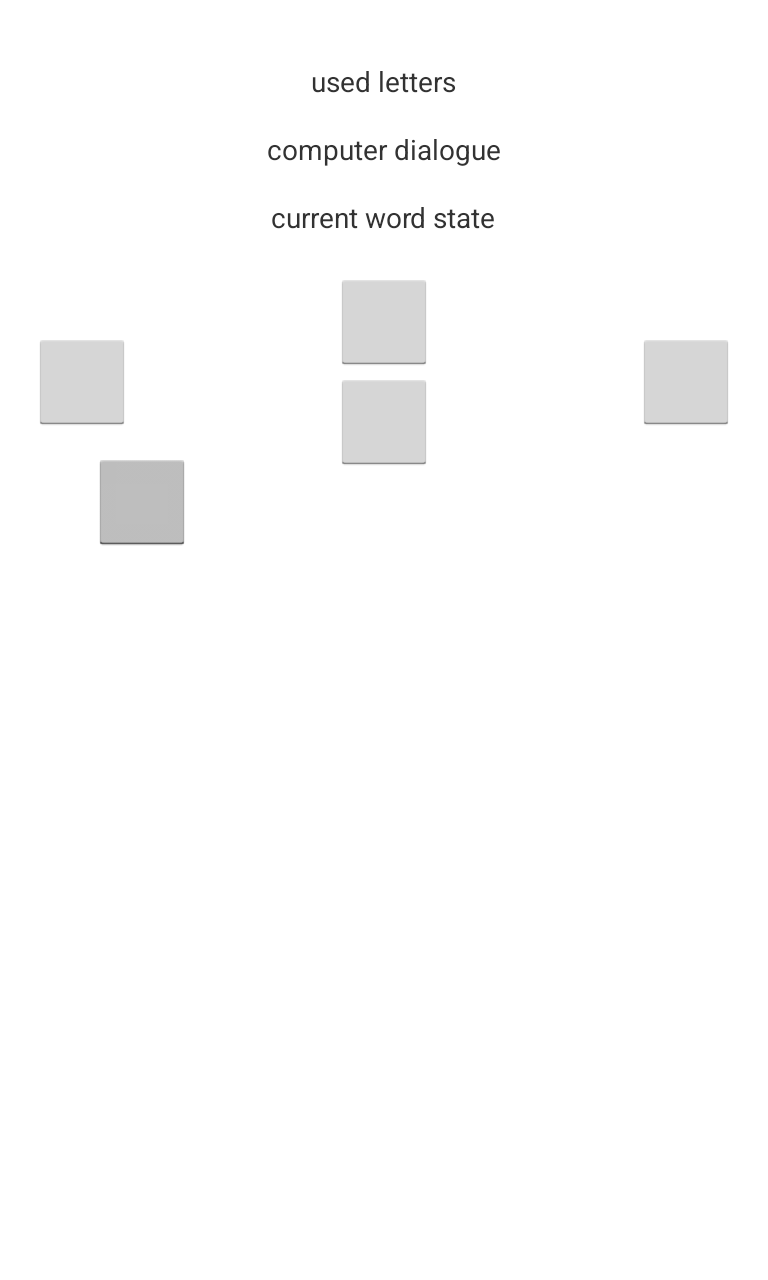
Repository: svandenhout/EvilSpaceMonsterHangman
Layout: evilSpaceMonsterHangman/res/layout/activity_main.xml
An editor plug-in stored every save of this project. The layout is shown before and after the next save, followed by the edit.
It is drawn on a 768 x 1280 px phone screen (xhdpi) without system bars, with theme AppTheme; the app's code is not run.

Above is the layout before, as saved 2013-12-16 13:27:05.

### evilSpaceMonsterHangman/res/layout/activity_main.xml
<RelativeLayout xmlns:android="http://schemas.android.com/apk/res/android"
              xmlns:tools="http://schemas.android.com/tools"
              android:layout_width="match_parent"
              android:layout_height="match_parent"
              android:paddingLeft="@dimen/activity_horizontal_margin"
              android:paddingRight="@dimen/activity_horizontal_margin"
              android:paddingTop="@dimen/activity_vertical_margin"
              android:paddingBottom="@dimen/activity_vertical_margin"
              tools:context=".MainActivity"
              android:orientation="vertical">

    <TextView
            android:id="@+id/usedLetters"
            android:layout_width="wrap_content"
            android:layout_height="wrap_content"
            android:text="@string/used_letters"
            android:layout_centerHorizontal="true"
            android:layout_marginTop="15dp"/>

    <TextView
            android:id="@+id/computerDialogue"
            android:layout_width="wrap_content"
            android:layout_height="wrap_content"
            android:layout_centerHorizontal="true"
            android:text="@string/computer_dialogue"
            android:layout_below="@+id/usedLetters"
            android:layout_marginTop="15dp"/>

    <TextView
            android:id="@+id/currentWordState"
            android:layout_width="wrap_content"
            android:layout_height="wrap_content"
            android:layout_below="@id/computerDialogue"
            android:text="@string/current_word_state"
            android:layout_centerHorizontal="true"
            android:layout_marginTop="15dp"/>

    <Button
        android:id="@+id/eye_6"
        android:layout_width="50dp"
        android:layout_height="50dp"
        android:layout_alignParentLeft="true"
        android:layout_marginTop="150dp"
        android:onClick="eyePress" />

    <Button
        android:id="@+id/eye_2"
        android:layout_width="50dp"
        android:layout_height="50dp"
        android:layout_marginTop="150dp"
        android:layout_alignParentRight="true"
        android:onClick="eyePress" />

    <Button
        android:id="@+id/eye_5"
        android:layout_width="50dp"
        android:layout_height="50dp"
        android:layout_alignLeft="@+id/eye_6"
        android:layout_below="@+id/eye_6"
        android:layout_marginLeft="30dp"
        android:layout_marginTop="10dp"
        android:onClick="eyePress" />

    <Button
        android:id="@+id/eye_3"
        android:layout_width="50dp"
        android:layout_height="50dp"
        android:layout_centerHorizontal="true"
        android:layout_marginTop="120dp"
        android:onClick="eyePress" />

    <Button
        android:id="@+id/eye_1"
        android:layout_width="50dp"
        android:layout_height="50dp"
        android:layout_alignLeft="@+id/eye_6"
        android:layout_below="@+id/eye_6"
        android:layout_marginLeft="30dp"
        android:layout_marginTop="10dp"
        android:onClick="eyePress" />

    <Button
        android:id="@+id/eye_4"
        android:layout_width="50dp"
        android:layout_height="50dp"
        android:layout_below="@+id/eye_3"
        android:layout_centerHorizontal="true"
        android:onClick="eyePress" />

</RelativeLayout>

### evilSpaceMonsterHangman/res/values/strings.xml
<?xml version="1.0" encoding="utf-8"?>
<resources>

    <string name="app_name" >Hangman
    </string>

    <!-- settings & preferences -->
    <string name="hi_scores" >hi-scores
    </string>
    <string name="settings" >settings
    </string>
    <string name="reset" >reset game
    </string>

    <string name="title_user_name" >user name
    </string>
    <string name="title_word_length">word length
    </string>
    <string name="title_amount_of_turns">amount of turns
    </string>
    <string name="title_evil_mode">Evil Mode
    </string>

    <string name="summary_user_name">set your user name here
    </string>
    <string name="summary_word_length">set the length of the words that you want to use
    </string>
    <string name="summary_amount_of_turns">set the amount of turns until you lose
    </string>
    <string name="summary_evil_mode">Start playing Evil Mode, You will not win
    </string>

    <string name="dialog_user_name" >user name:
    </string>
    <string name="dialog_word_length">word length:
    </string>
    <string name="dialog_amount_of_turns">amount of turns:
    </string>
    <string name="dialog_evil_mode">Evil Mode?
    </string>


    <!-- game ui -->
    <string name="current_word" >current word
    </string>
    <string name="current_word_state" >current word state
    </string>
    <string name="used_letters" >used letters
    </string>
    <string name="computer_dialogue">computer dialogue</string>
    <string name="button_text">a</string>

    <!-- game states -->
    <string name="game_won">game won
    </string>
    <string name="game_lost">game lost
    </string>

    <!-- computer monologue -->
    <string name="cmonologue_start">Pick a letter to start playing</string>
    <string name="cmonologue_used">This letter has already been used, try again</string>
    <string name="cmonologue_invalid">WHAT THE HELL IS THAT!?, try another one</string>
    <string name="cmonologue_wrong">Wrong guess, pick again</string>
    <string name="cmonologue_correct">Lucky, why don\'t you try again?</string>
    <string name="cmonologue_won">:((</string>
    <string name="cmonologue_lost">:-)</string>
</resources>

Loaded but not shown: evilSpaceMonsterHangman/res/values/styles.xml (common file); evilSpaceMonsterHangman/res/values-v11/styles.xml (common file); evilSpaceMonsterHangman/res/values-v14/styles.xml (common file); evilSpaceMonsterHangman/res/values/dimens.xml (common file)

After the next save:
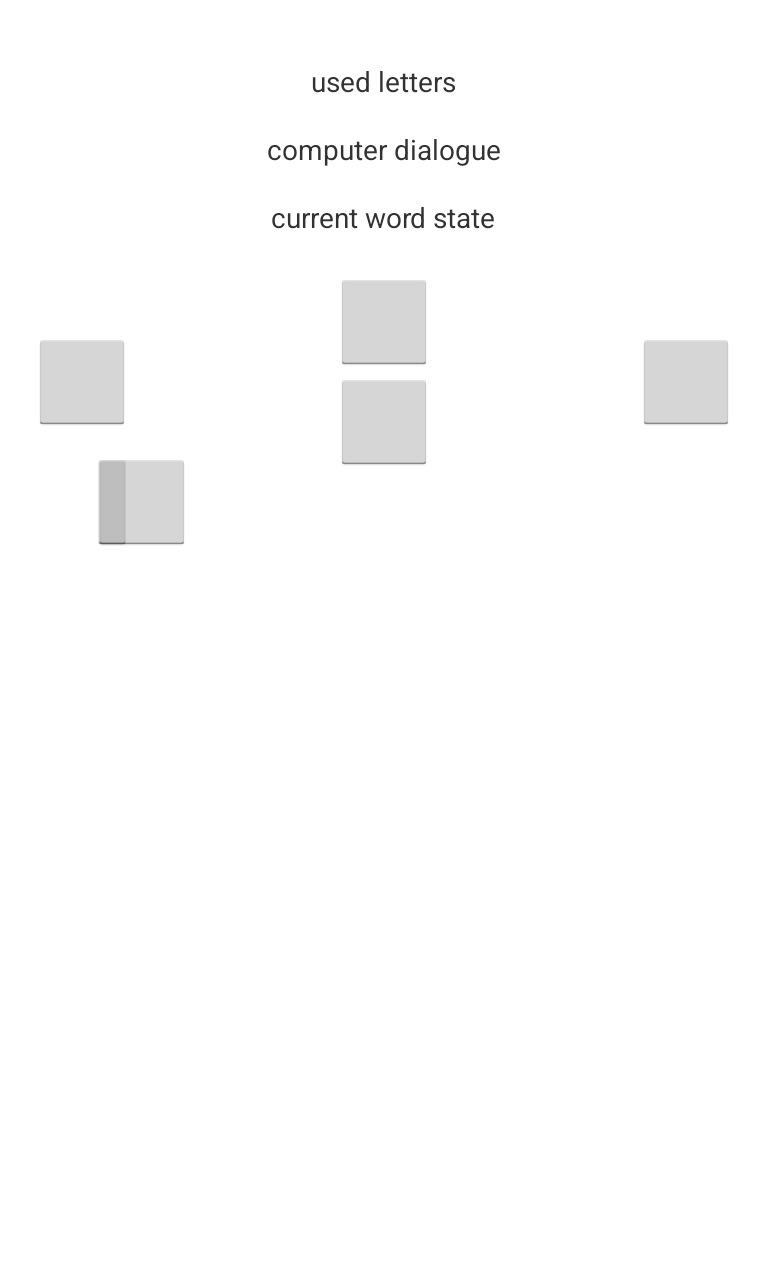
Saved 4 s later.
--- a/evilSpaceMonsterHangman/res/layout/activity_main.xml
+++ b/evilSpaceMonsterHangman/res/layout/activity_main.xml
@@ -73,7 +73,7 @@
         android:id="@+id/eye_1"
         android:layout_width="50dp"
         android:layout_height="50dp"
-        android:layout_alignLeft="@+id/eye_6"
+        android:layout_alignRight="@+id/eye_6"
         android:layout_below="@+id/eye_6"
         android:layout_marginLeft="30dp"
         android:layout_marginTop="10dp"
